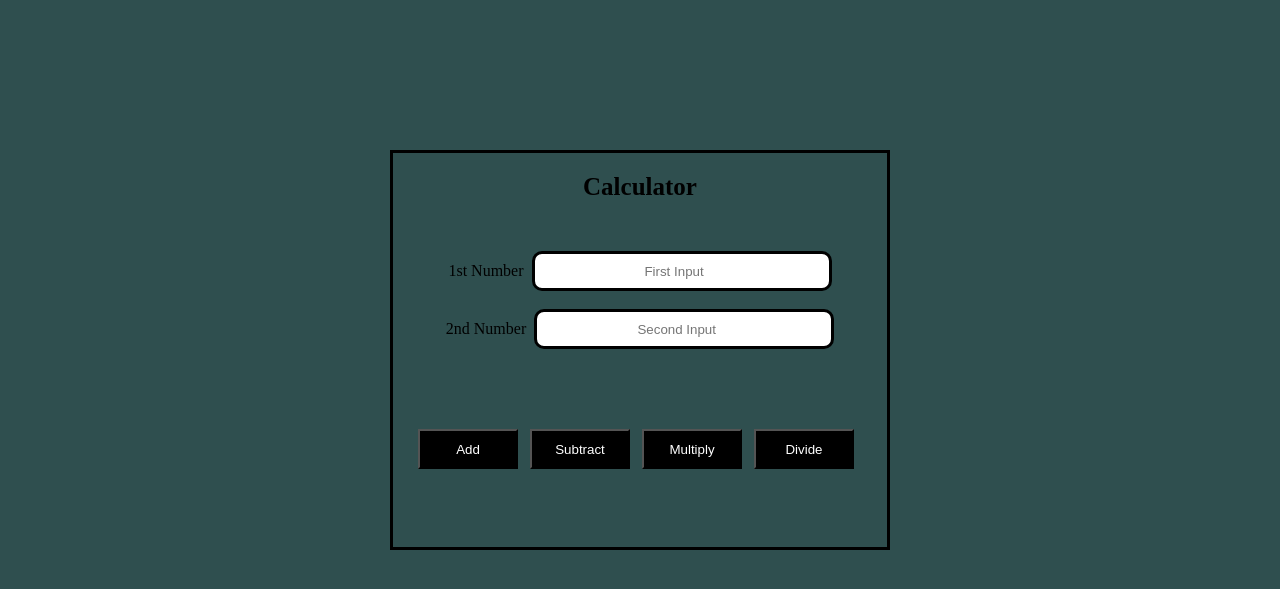
Repository: Shreyash1107/Intern_Projects
Page: Calculator/src/main/webapp/Calculator.html
These files come from the project's save history. The page is drawn as it stood at one moment and after the next save; the edit follows.
The browser window is 1280 px wide. The pictures show the whole page.
The pointer rests on the first visible `h4`.

Above is the page before, as saved 2024-07-03 10:59:06.

After the next save:
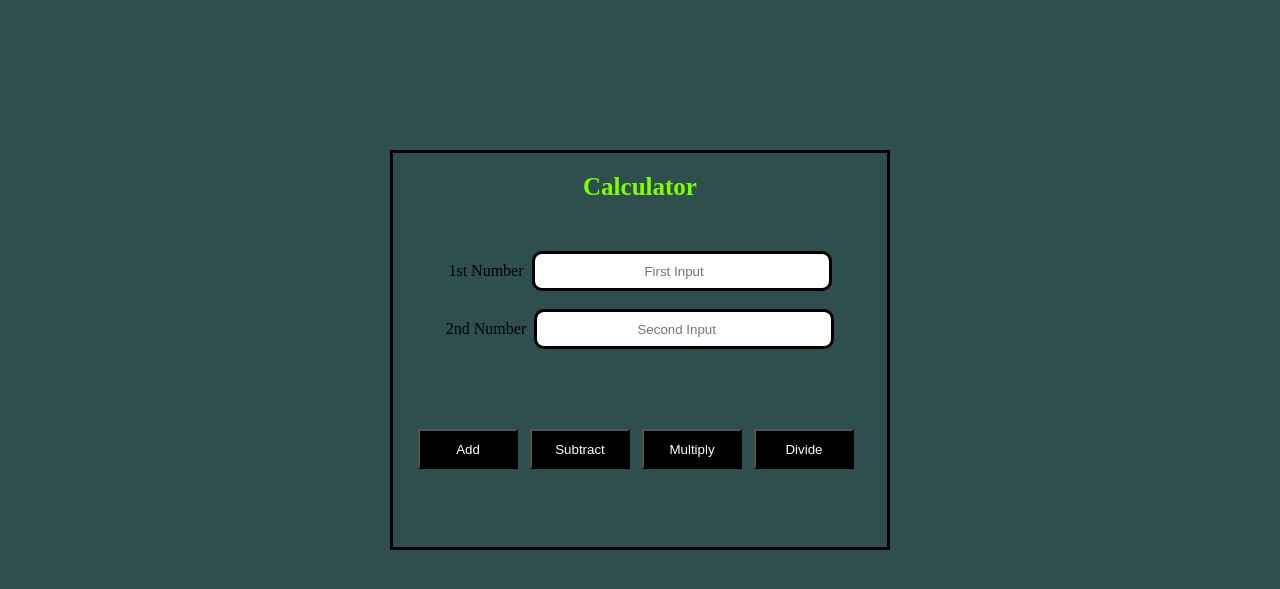
Saved 9 s later.
--- a/Calculator/src/main/webapp/style.css
+++ b/Calculator/src/main/webapp/style.css
@@ -58,5 +58,5 @@ input[type="submit"]:hover
 }
 h4:hover
 {
-
+	color:chartreuse
 }
